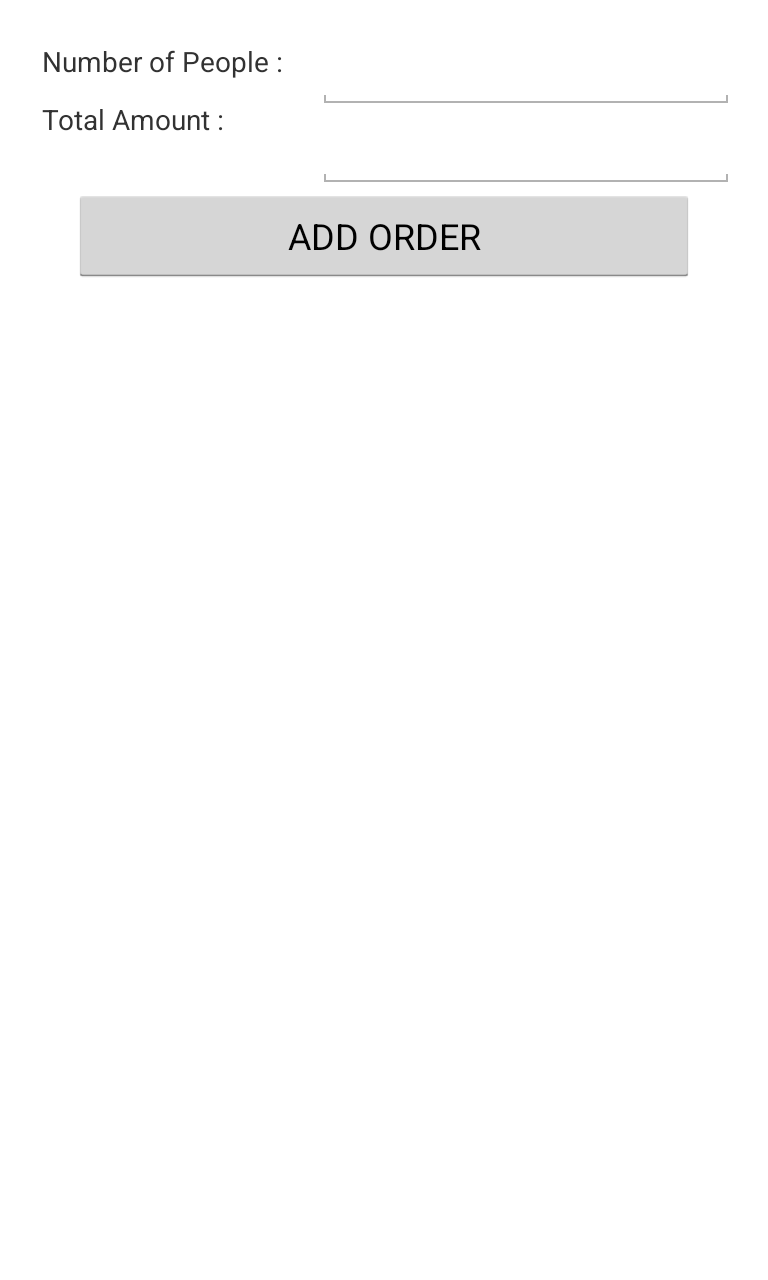
Repository: erenerdogan/ERMS
Layout: ERMSMobile/ERMS/res/layout/activity_try_recommendation.xml
These files come from the project's save history. The layout is drawn as it stood at one moment and after a run of saves; the edit follows.
It is drawn on a 768 x 1280 px phone screen (xhdpi) without system bars, with theme AppTheme; the app's code is not run.

Above is the layout before, as saved 2013-12-21 19:20:05.

After the next 2 saves:
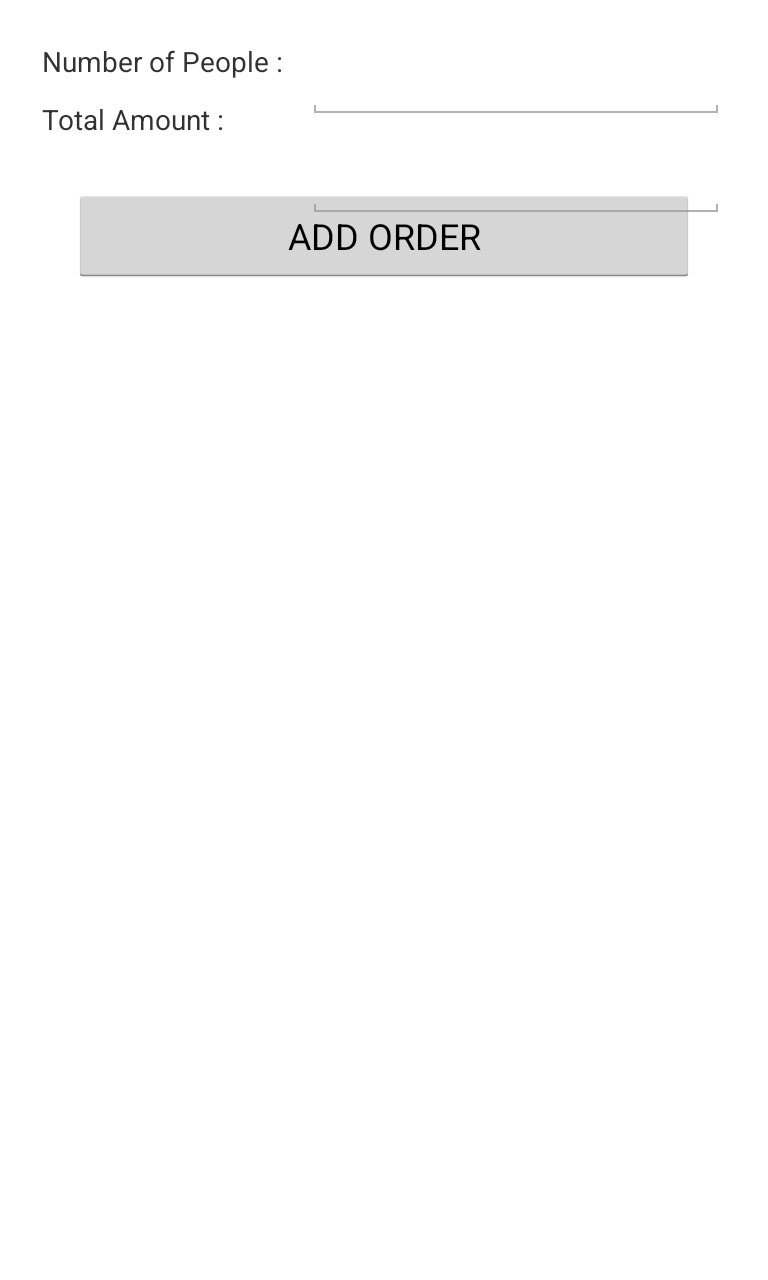
The 2 saves are shown as one change because they came seconds apart.
The last was saved 72 s later.
--- a/ERMSMobile/ERMS/res/layout/activity_try_recommendation.xml
+++ b/ERMSMobile/ERMS/res/layout/activity_try_recommendation.xml
@@ -9,49 +9,51 @@
     tools:context=".TryRecommendationActivity" >
 
     <TextView
-                android:id="@+id/tryPeople"
-                android:layout_width="fill_parent"
-                android:layout_height="wrap_content"
-                android:layout_alignParentLeft="true"
-                android:layout_margin="5dip"
-                android:text="Number of People :" />
+        android:id="@+id/tryPeople"
+        android:layout_width="fill_parent"
+        android:layout_height="wrap_content"
+        android:layout_alignParentLeft="true"
+        android:layout_margin="5dip"
+        android:text="Number of People :" />
 
-            <EditText
-                android:id="@+id/tryPeopleEdit"
-                android:layout_width="wrap_content"
-                android:layout_height="wrap_content"
-                android:layout_alignParentRight="true"
-                 android:layout_alignRight="@+id/tryPeople"
-                android:ems="10"
-                android:inputType="number" >
-            </EditText>
+    <EditText
+        android:id="@+id/tryPeopleEdit"
+        android:layout_width="wrap_content"
+        android:layout_height="wrap_content"
+        android:layout_alignParentRight="true"
+        android:layout_alignRight="@+id/tryPeople"
+        android:layout_margin="5dip"
+        android:ems="10"
+        android:inputType="number" >
+    </EditText>
 
-            <TextView
-                android:id="@+id/tryAmount"
-                android:layout_width="fill_parent"
-                android:layout_height="wrap_content"
-                android:layout_alignParentLeft="true"
-                android:layout_margin="5dip"
-                android:layout_below="@+id/tryPeople"
-                android:text="Total Amount :" />
+    <TextView
+        android:id="@+id/tryAmount"
+        android:layout_width="fill_parent"
+        android:layout_height="wrap_content"
+        android:layout_alignParentLeft="true"
+        android:layout_below="@+id/tryPeople"
+        android:layout_margin="5dip"
+        android:text="Total Amount :" />
 
-            <EditText
-                android:id="@+id/tryAmountEdit"
-                android:layout_width="wrap_content"
-                android:layout_height="wrap_content"
-                android:layout_alignParentRight="true"
-                android:layout_alignRight="@+id/tryPeople"
-                android:layout_below="@+id/tryPeopleEdit"
-                android:ems="10"
-                android:inputType="number" >
-            </EditText>
+    <EditText
+        android:id="@+id/tryAmountEdit"
+        android:layout_width="wrap_content"
+        android:layout_height="wrap_content"
+        android:layout_alignParentRight="true"
+        android:layout_alignRight="@+id/tryPeople"
+        android:layout_below="@+id/tryPeopleEdit"
+        android:layout_margin="5dip"
+        android:ems="10"
+        android:inputType="number" >
+    </EditText>
 
-            <Button
-                android:id="@+id/trybtn"
-                android:layout_width="fill_parent"
-                android:layout_height="wrap_content"
-                android:layout_below="@+id/tryAmount"
-                android:layout_margin="20dip"
-                android:text="ADD ORDER" />
+    <Button
+        android:id="@+id/trybtn"
+        android:layout_width="fill_parent"
+        android:layout_height="wrap_content"
+        android:layout_below="@+id/tryAmount"
+        android:layout_margin="20dip"
+        android:text="ADD ORDER" />
 
 </RelativeLayout>
